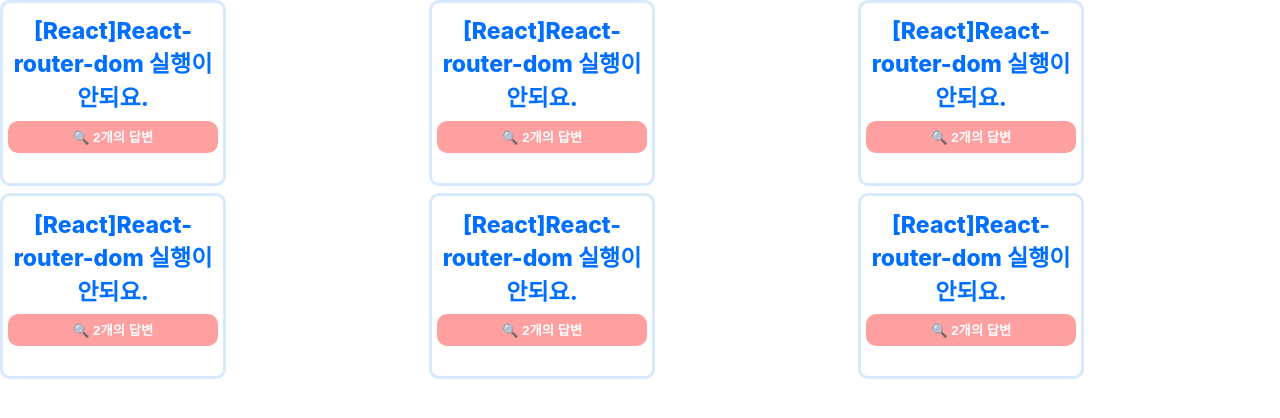
Repository: TeamCosine/Front
Page: /Qna
An editor plug-in stored every save of this project. The page is shown before and after the next save, followed by the edit.
The browser window is 1280 px wide. The pictures show the whole page.
The project was rebuilt for these pictures with package versions that can differ from the ones it lists, and the page was loaded fresh each time. Also part of the build but not shown: src/components/home/Card.js, src/pages/Home.js, src/pages/Profile.js, src/pages/Login.js, src/components/MyInfo/Card.js, src/pages/MyInfo.js, src/pages/Write.js, src/pages/Invite.js.

Above is the page before, as saved 2023-07-22 23:00:16.

After the next save:
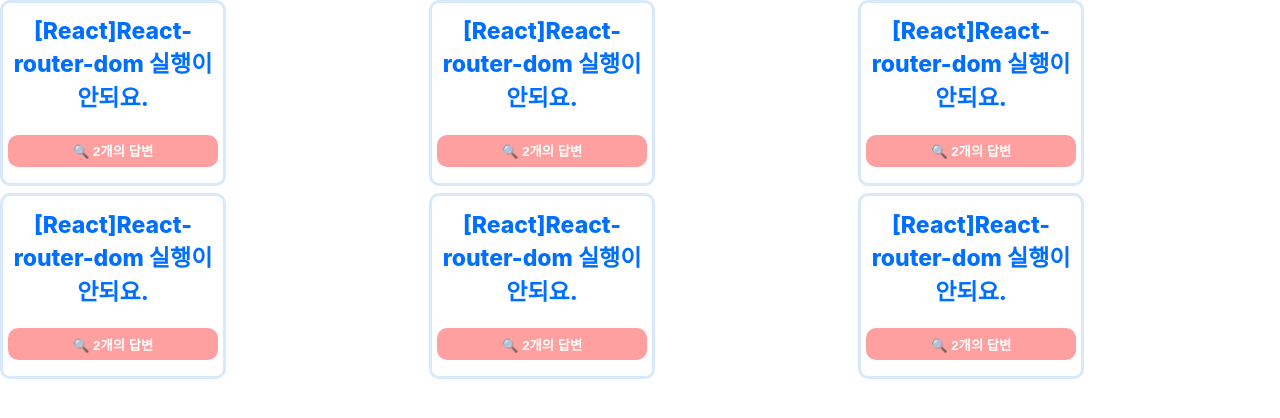
Saved 10 s later.
--- a/src/components/QNA/Card.js
+++ b/src/components/QNA/Card.js
@@ -15,7 +15,7 @@
    font-size: 23px;
    font-weight: 800;
    flex-shrink: 0;
-   padding-bottom: 1vh;
+   padding-bottom: 3vh;
 `;
 const Btn = styled.button`
     text-align: center;
